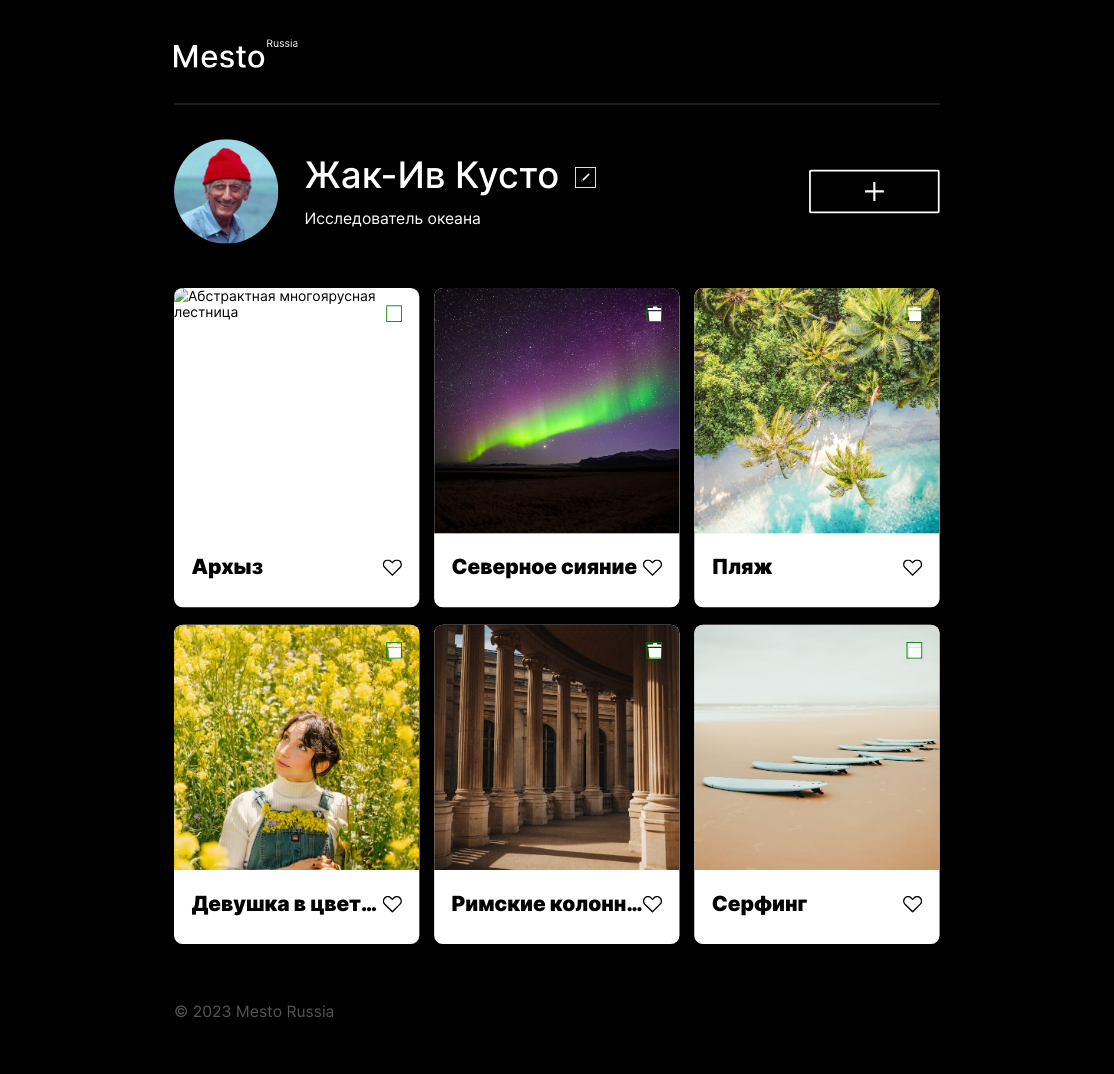
Repository: Dmitry-Rusinov/mesto
Page: index.html
The author's editor kept a copy of each file at every save. The page is drawn from the files as they stood at one save, then again after the next save.
The browser window is 1280 px wide. The pictures show the whole page, at 87% of full size.

Above is the page before, as saved 2023-05-12 14:05:17.

After the next save:
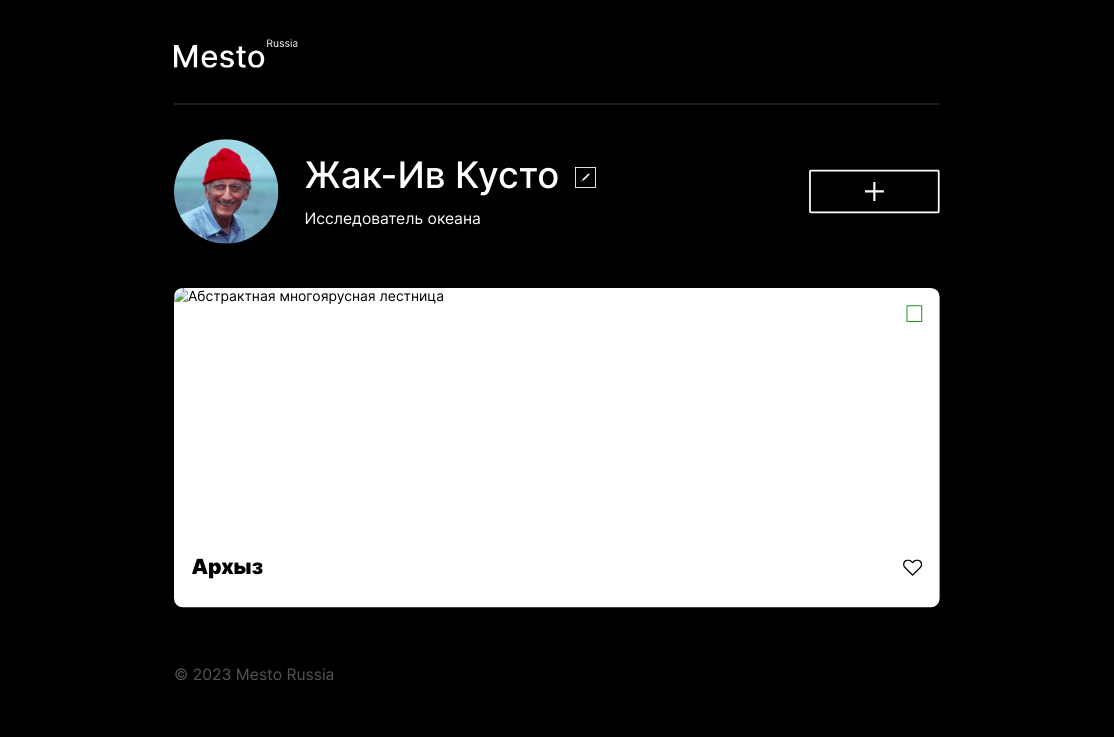
Saved 70 s later.
--- a/scripts/index.js
+++ b/scripts/index.js
@@ -73,7 +73,7 @@
 });
 
 function createCard({name, link}) {
-  const changedElements = document.querySelector('.elements__card').cloneNode(true);
+  const changedElements = document.querySelector('.elements__card-content').cloneNode(true);
   changedElements.querySelector('.elements__title').textContent = name;
   changedElements.querySelector('.elements__picture').src = link;
   elementsCard.replaceWith(changedElements);

After the save that followed:
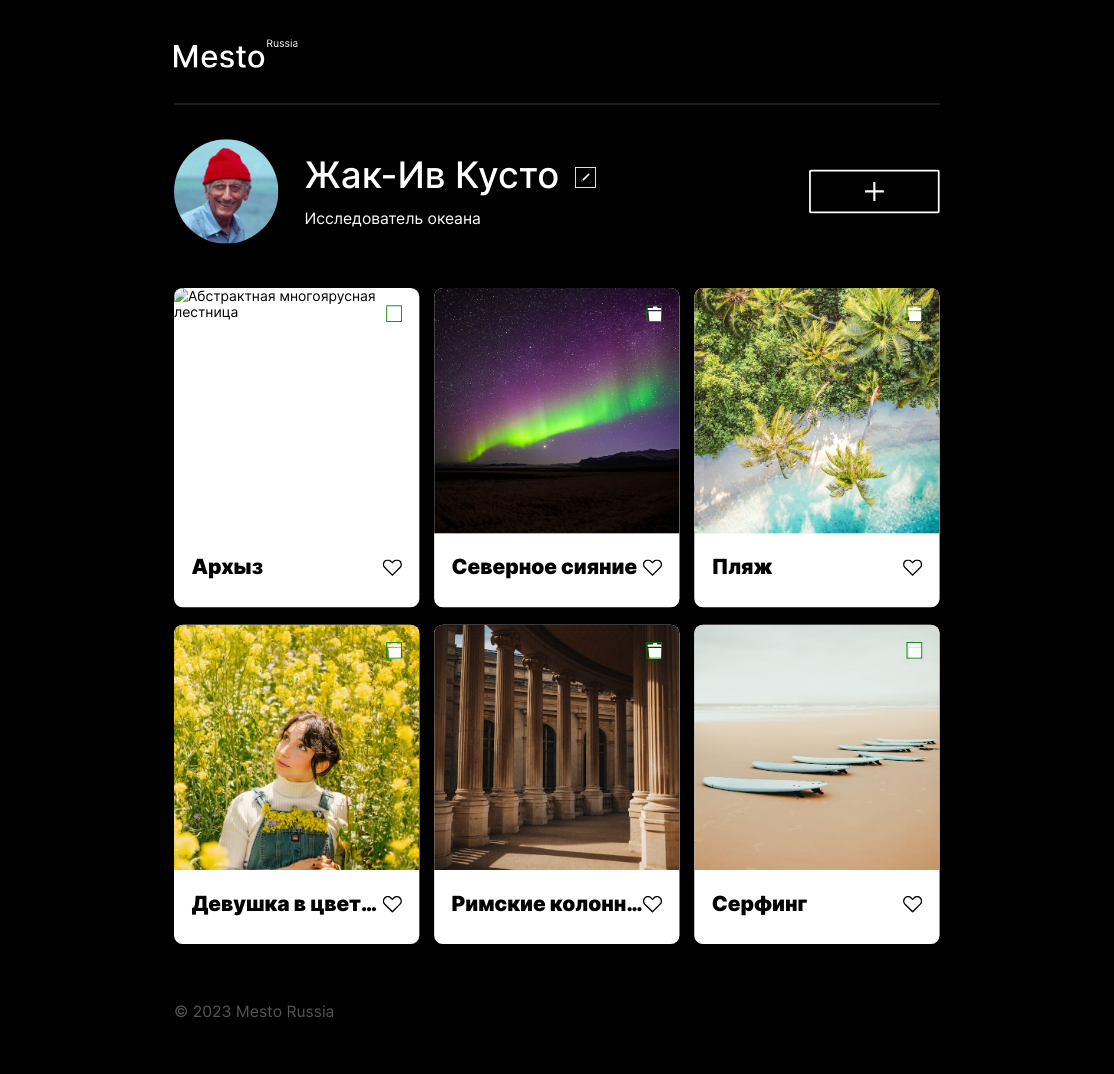
Saved 90 s later.
--- a/scripts/index.js
+++ b/scripts/index.js
@@ -73,7 +73,7 @@
 });
 
 function createCard({name, link}) {
-  const changedElements = document.querySelector('.elements__card-content').cloneNode(true);
+  const changedElements = document.querySelector('.elements__card').cloneNode(true);
   changedElements.querySelector('.elements__title').textContent = name;
   changedElements.querySelector('.elements__picture').src = link;
   elementsCard.replaceWith(changedElements);
